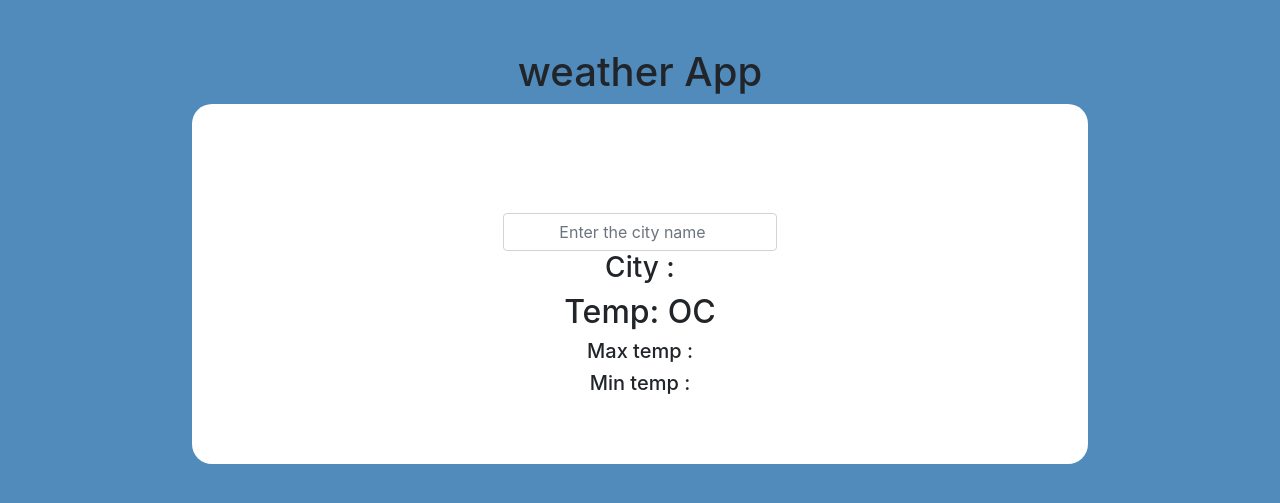
Repository: subhaDTECH/weather-app
Page: /
These files come from the project's save history. The page is drawn as it stood at one moment and after the next save; the edit follows.
The browser window is 1280 px wide. The pictures show the whole page.
The page's requests for data from a server got no answer. The project was rebuilt for these pictures with package versions that can differ from the ones it lists, and the page was loaded fresh each time. No one was signed in, and anything a server would have sent is missing.

Above is the page before, as saved 2021-11-19 16:31:58.

After the next save:
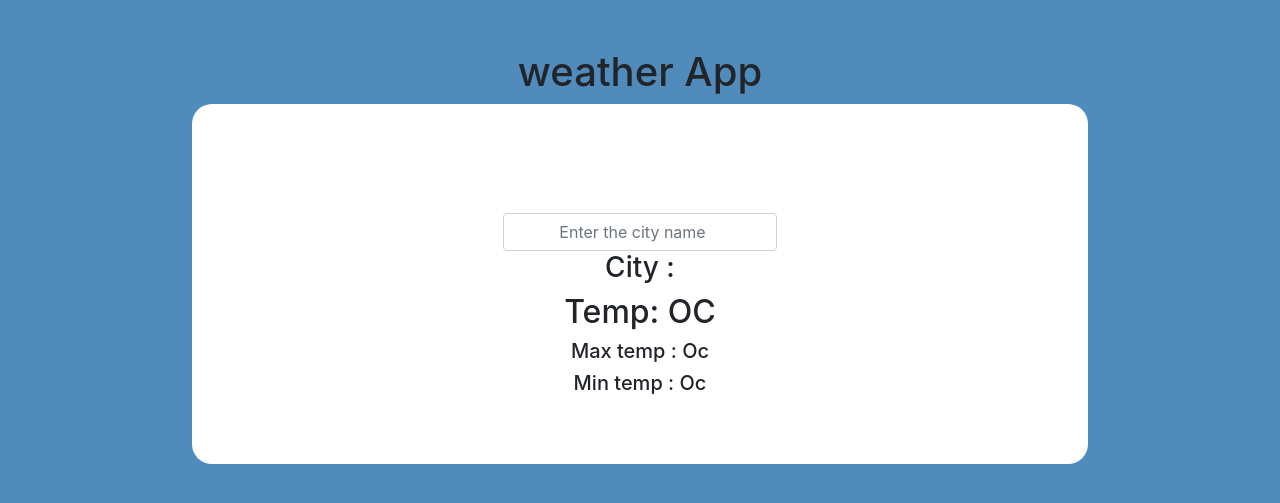
Saved 26 s later.
--- a/src/App.js
+++ b/src/App.js
@@ -46,8 +46,8 @@ const App=()=>{
            {city ? (<div className="info_box text-center">
                <h3>City :{search}</h3>
               <h2>Temp:{city?.temp} OC</h2>
-               <h5>Max temp :{city?.temp_max}</h5>
-               <h5>Min temp :{city?.temp_min}</h5>
+               <h5>Max temp :{city?.temp_max} Oc</h5>
+               <h5>Min temp :{city?.temp_min} Oc</h5>
 
            </div>):(
             <div className="info_box">
